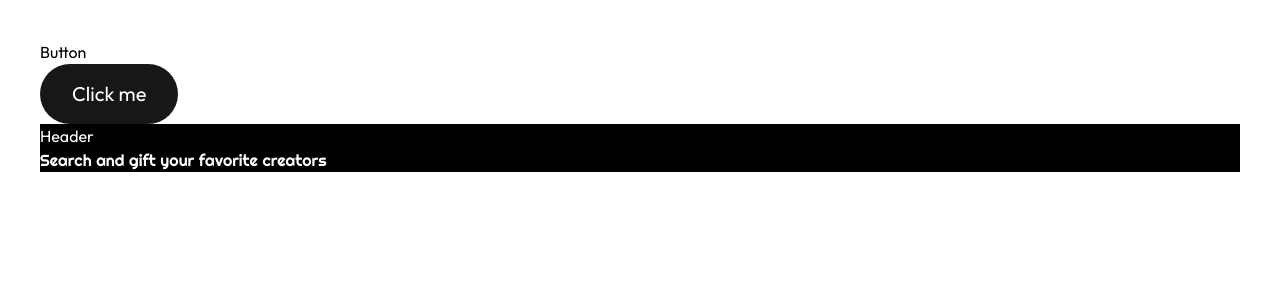
Repository: felixdusengimana/capstone-project-mirror
Page: /components (app in frontend/)
The author's editor kept a copy of each file at every save. The page is drawn from the files as they stood at one save, then again after the next save.
The browser window is 1280 px wide. The pictures show the whole page.
The project was rebuilt for these pictures with package versions that can differ from the ones it lists, and the page was loaded fresh each time. The framework's server and built-in components were replaced by stand-ins that run in the browser. Also part of the build but not shown: frontend/next.config.mjs.

Above is the page before, as saved 2024-03-11 11:05:23.

After the next save:
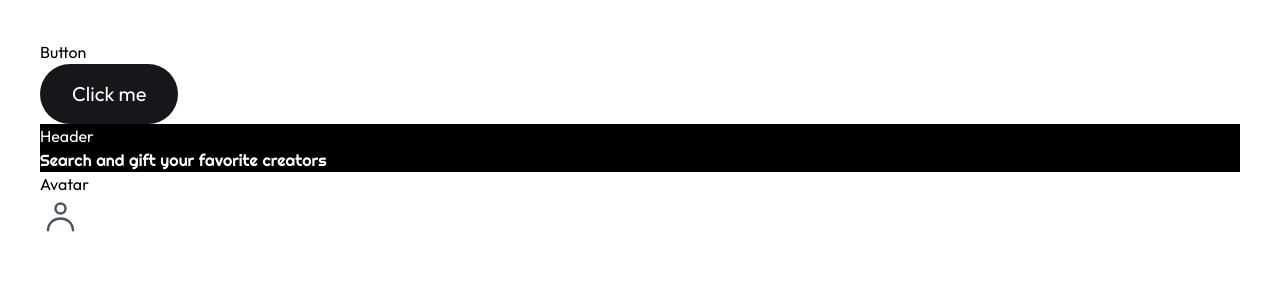
Saved 36 s later.
--- a/frontend/app/components/page.tsx
+++ b/frontend/app/components/page.tsx
@@ -1,3 +1,4 @@
+import Avatar from "@/components/atoms/Avatar";
 import Button from "@/components/atoms/Button";
 import Headline from "@/components/atoms/Headline";
 import React from "react";
@@ -13,6 +14,10 @@ export default function page() {
         <h1 className="text-white">Header</h1>
         <Headline>Search and gift your favorite creators</Headline>
       </div>
+      <div>
+        <h1>Avatar</h1>
+        <Avatar />
+      </div>
     </div>
   );
 }
